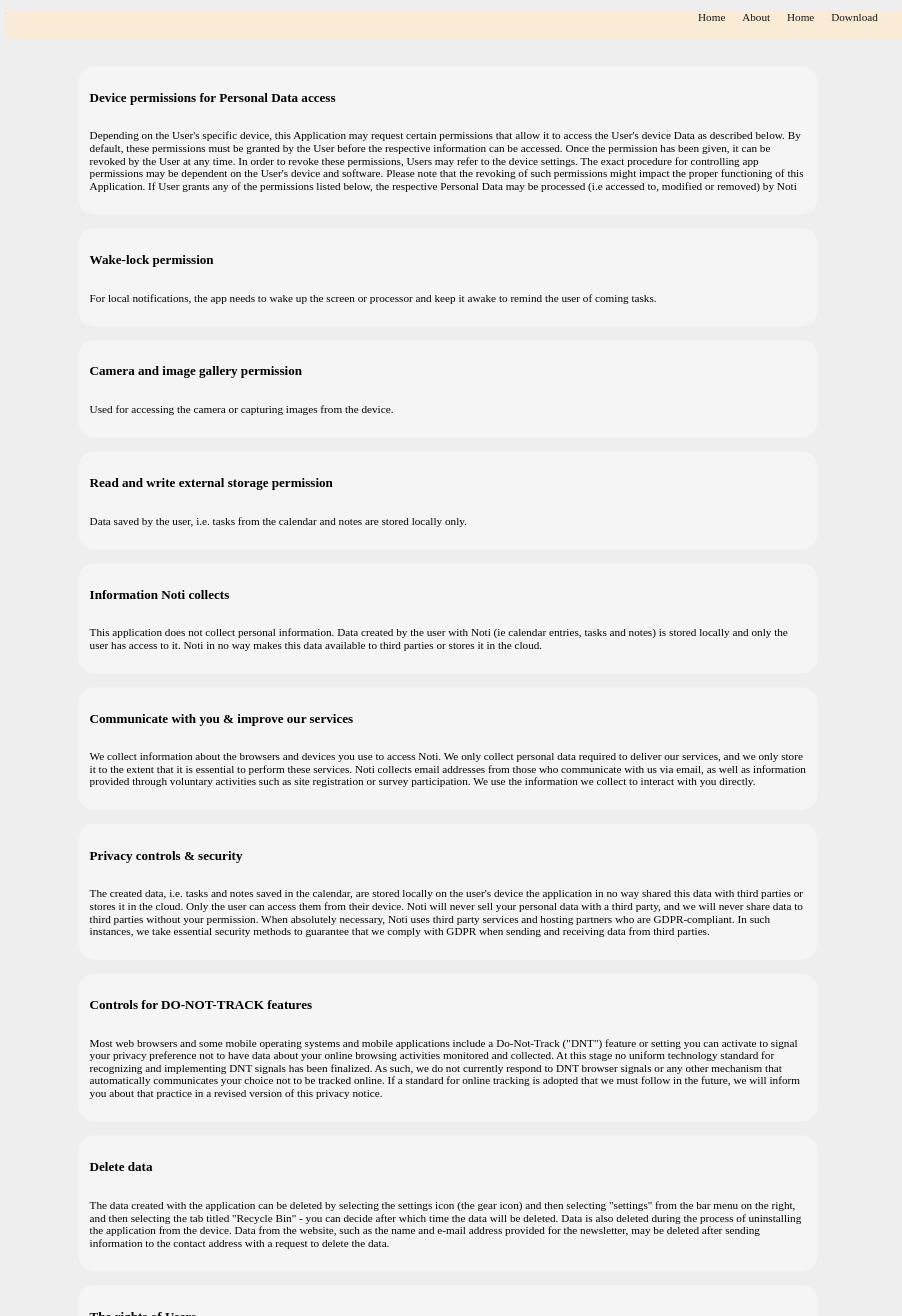
Repository: RafalSiuta/notiweb
Page: policy.html
These files come from the project's save history. The page is drawn as it stood at one moment and after the next save; the edit follows.
The browser window is 1280 px wide. The page is 1288 px wide, so the pictures cover 1288 px, including what lies to the right of the window. The pictures show the part of the page from y = 0 to 1880 px (the page is 2997 px tall), at 70% of full size.

Above is the page before, as saved 2024-12-15 02:02:58.

### policy.html
<!DOCTYPE html>
<!--[if lt IE 7]>      <html class="no-js lt-ie9 lt-ie8 lt-ie7"> <![endif]-->
<!--[if IE 7]>         <html class="no-js lt-ie9 lt-ie8"> <![endif]-->
<!--[if IE 8]>         <html class="no-js lt-ie9"> <![endif]-->
<!--[if gt IE 8]>      <html class="no-js"> <!--<![endif]-->
<html>
    <head>
        <meta charset="utf-8">
        <meta http-equiv="X-UA-Compatible" content="IE=edge">
        <title>Noti privacy policy</title>
        <meta name="Noti mobile app privacy policy" content="">
        <meta name="viewport" content="width=device-width, initial-scale=1">
        <link rel="stylesheet" href="/styles/styles.css">
    </head>
    <body>
        <nav>
            <ul>
                <li><a href="index.html">Home</a></li>
                <li><a href="index.html">About</a></li>
                <li><a href="index.html">Home</a></li>
                <li><a href="index.html">Download</a></li>
            </ul>
        </nav>
        <header>
            <h1>Privacy policy</h1>
        </header>
        <div class="main">
            <div class="item">
                <h3>Device permissions for Personal Data access</h3>
                <p>Depending on the User's specific device, this Application may request certain permissions that allow it to access the
                    User's device Data as described below.
                    By default, these permissions must be granted by the User before the respective information can be accessed. Once
                    the
                    permission has been given, it can be revoked by the User at any time. In order to revoke these permissions, Users
                    may
                    refer to the device settings.
                    The exact procedure for controlling app permissions may be dependent on the User's device and software.
                    Please note that the revoking of such permissions might impact the proper functioning of this Application.
                    If User grants any of the permissions listed below, the respective Personal Data may be processed (i.e accessed to,
                    modified or removed) by Noti</p>
            </div>
            <div class="item">
                <h3>Wake-lock permission</h3>
                <p>For local notifications, the app needs to wake up the screen or processor and keep it awake to remind the user of coming
                tasks.</p>
            </div>
            <div class="item">
                <h3>Camera and image gallery permission</h3>
                <p>Used for accessing the camera or capturing images from the device.</p>
            </div>
            <div class="item">
                <h3>Read and write external storage permission</h3>
                <p>Data saved by the user, i.e. tasks from the calendar and notes are stored locally only.</p>
            </div>
            <div class="item">
                <h3>Information Noti collects</h3>
                <p>This application does not collect personal information. Data created by the user with Noti (ie calendar entries,
                tasks
                and notes) is stored locally and only the user has access to it. Noti in no way makes this data available to third
                parties or stores it in the cloud.</p>
            </div>
            <div class="item">
                <h3>Communicate with you & improve our services</h3>
                <p>We collect information about the browsers and devices you use to access Noti.
                We only collect personal data required to deliver our services, and we only store it to the extent that it is
                essential
                to perform these services.
                Noti collects email addresses from those who communicate with us via email, as well as information provided through
                voluntary activities such as site registration or survey participation. We use the information we collect to
                interact
                with you directly.</p>
            </div>
            <div class="item">
                <h3>Privacy controls & security</h3>
                <p>The created data, i.e. tasks and notes saved in the calendar, are stored locally on the user's device
                the application in no way
                shared this data with third parties or stores it in the cloud. Only the user can access them from their device.
                Noti will never sell your personal data with a third party, and we will never share data to third parties without
                your permission. When absolutely necessary, Noti uses third party services and hosting partners who are
                GDPR-compliant. In such instances, we take essential security methods to guarantee that we comply with GDPR when sending
                and receiving data from third parties.</p>
            </div>
            <div class="item">
                <h3>Controls for DO-NOT-TRACK features</h3>
                <p>Most web browsers and some mobile operating systems and mobile applications include a Do-Not-Track ("DNT") feature or
                setting you can activate to signal your privacy preference not to have data about your online browsing activities
                monitored and collected. At this stage no uniform technology standard for recognizing and implementing DNT signals has
                been finalized. As such, we do not currently respond to DNT browser signals or any other mechanism that automatically
                communicates your choice not to be tracked online. If a standard for online tracking is adopted that we must follow in
                the future, we will inform you about that practice in a revised version of this privacy notice.</p>
            </div>
            <div class="item">
                <h3>Delete data</h3>
                <p>The data created with the application can be deleted by selecting the settings icon (the gear icon) and then selecting
                "settings" from the bar menu on the right, and then selecting the tab titled "Recycle Bin" - you can decide after which
                time the data will be deleted. Data is also deleted during the process of uninstalling the application from the device.
                Data from the website, such as the name and e-mail address provided for the newsletter, may be deleted after sending
                information to the contact address with a request to delete the data.</p>
            </div>
            <div class="item">
                <h3>The rights of Users</h3>
                <p>In brief: In some regions, such as the European Economic Area (EEA) and the United Kingdom (United Kingdom), you have
                rights that give you greater access to and control over your personal information. You can review, change or close your
                account at any time. In some regions (such as the EEA and UK) you have certain rights under applicable data protection
                laws. They may include the right - to request access and obtain a copy of your personal data, to request rectification
                or deletion, to limit the processing of your personal data and, where applicable, to transfer data. In certain
                circumstances, you may also have the right to object to the processing of your personal data. To make such a request,
                please use the contact details provided below. We will consider and take action upon request in accordance with
                applicable data protection laws. If we are relying on your consent to process your personal data, you have the right to
                withdraw your consent at any time. Remember, however, that this will not affect the lawfulness of processing prior to
                its withdrawal or the processing of your personal data based on lawful grounds for processing other than consent. If you
                are an EEA or UK resident and you believe that we are processing your personal data unlawfully, you also have the right
                to lodge a complaint with your local data protection supervisory authority <br>
                Their contact details can be found here:
                <a href="https://ec.europa.eu/newsroom/article29/items/612080">National Data Protection Authorities</a><br>
                If you are a resident in Switzerland, the contact details for the data protection authorities are available here: <a
                    href="https://www.edoeb.admin.ch/edoeb/en/home.html.">Ein Fehler ist aufgetreten</p>
            </div>
            <div class="item">
                <h3>Do California residents have specific privacy rights?</h3>
                <p>In brief: Yes, if you live in California you have certain rights to access your personal information. Section 1798.83 of
                the California Civil Code, also known as the "Shine The Light" Act, allows our California users to request and obtain
                from us once a year and free of charge information on the categories of personal information (if any) disclosed to third
                parties for direct marketing purposes as well as the names and addresses of all third parties with whom we shared
                personal data in the immediately preceding calendar year. If you are a California resident and wish to make such a
                request, please send us your request to the email address provided below. If you are under the age of 18, live in
                California and have a registered account, you have the right to request the deletion of unwanted data. To request
                deletion of such data, please contact us using the contact details provided below, providing the email address
                associated with your account and a statement that you live in California. We will make sure that the data is not
                publicly displayed in the Application, however, it should be remembered that this data may not be completely or
                comprehensively removed from all our systems (e.g. backups, etc.).</p>
            </div>
            <div class="item">
                <h3>Cookies</h3>
                <p>Cookies are required on Noti Website. We use them to collect visitors' preferences and thus to better optimize the
                user experience. Users can disable cookies in their browser settings. But please note that our services rely on cookies
                to function properly, and you may not be able to access certain features on our Website after disabling them.</p>
            </div>
            <div class="item">
                <h3>Changes to This Policy</h3>
                <p>If our Privacy Policy is changed in the future, we will not limit your rights under this Privacy Policy without your
                express consent. We always indicate the publication date of the latest changes. If the changes are significant, we will
                send you a more prominent notice (including, for certain services, an email notification of changes to the Privacy
                Policy).
                Please check back periodically to stay informed of any updates or changes to this Privacy Policy. By continuing to
                access and use Noti, you agree to be bound by the revised policy.
                </p>
            </div>
            <div class="item">
                <h3>Contact Us</h3>
                <p>If you have any questions about this Policy, please email us at <b>r85unit@gmail.com</b> with topic: "Privacy Questions”
                in the title line.
                </p>
            </div>
        </div>


        <script src="" async defer></script>
    </body>
</html>

### styles/styles.css
@font-face {
    font-family: "Exo-medium";
    src:url("fonts/Exo2-Medium.ttf") format("ttf");
    font-family: "Exo-black";
    src: url("fonts/Exo2-Black.ttf") format("ttf");

}
body {
    background-color: #EEEEEE;

}

nav ul{
    width: 95vw;
    height: 40px;
    top: 0;
    padding-right:50px;
    background-color: antiquewhite;
    position: fixed;
    text-align: right;
}

li{
    display: inline;
    margin: 10px;
}
a {
    color: #161616;
    font-size: 1em;
    text-decoration: none;
    font-family: "Exo-medium";
    z-index: 2;
}
.main{
    display: flex;
    flex-direction: column;
    align-items: center;

}

h1{
    font-family: "Exo-black";
    font-size: 1.2em;
    color: #161616;
}

section{
    width: 100vw;
    height: 100vh;
    display: flex;
    justify-content: center;
    align-items: center;
}
footer{
    bottom: 0;
    height: 50px;
    width: 100vw;
    background-color: aqua;
    position: fixed;
    text-align: center;
}
.policy-link{
    font-family: "Exo-medium";
    font-size: 1em;
    color: #161616;
    padding: 5px;
}
.item {
    display: flex;
    flex-direction: column;
    width: 80vw;
    text-align: left;
    margin: 10px auto;
    background-color: #f5f5f5;
    padding: 15px;
    border-radius: 20px;
}
header{
    width: 100vw;
    height: 10vh;
    text-align: left;

}

After the next save:
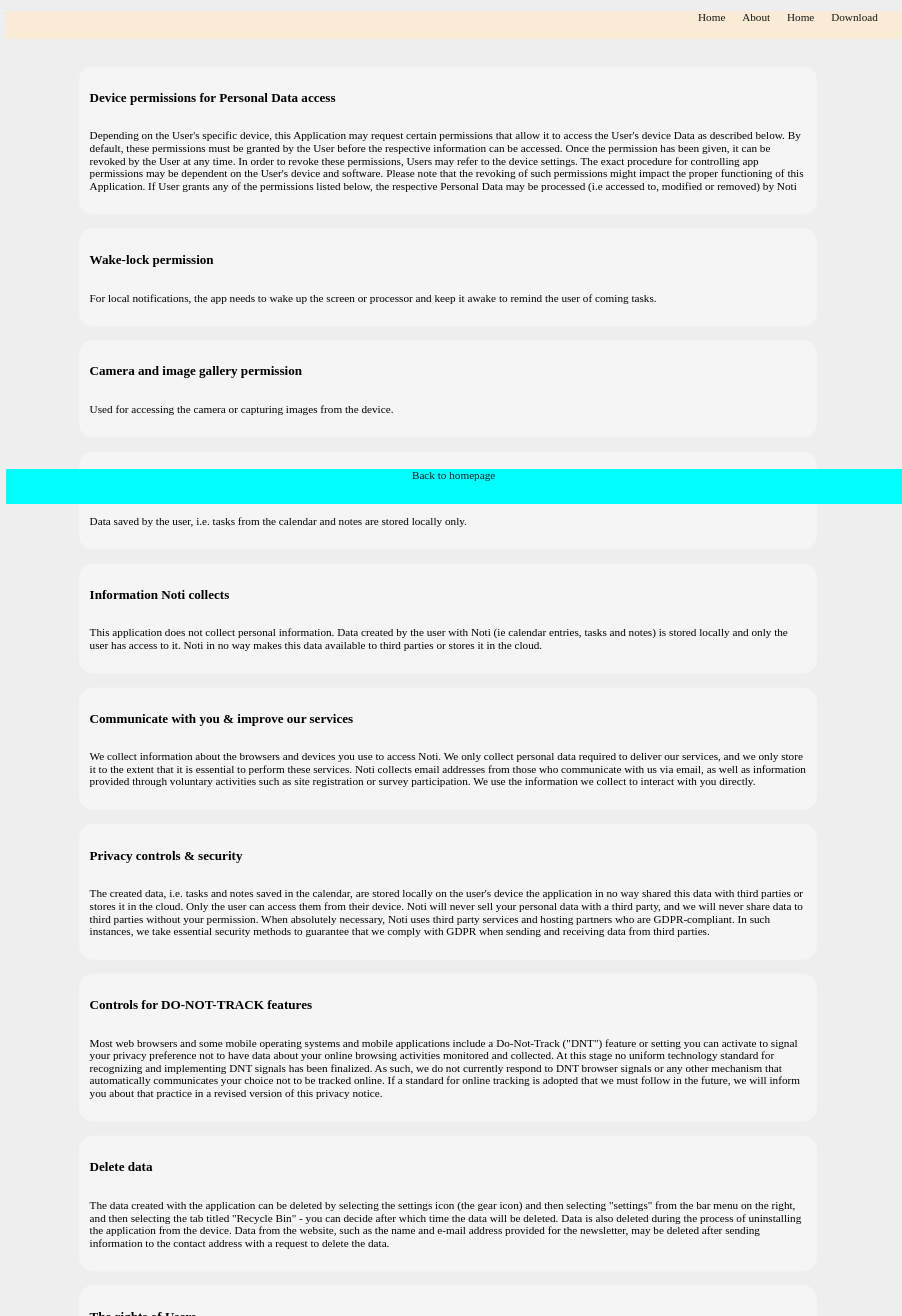
Saved 111 s later.
--- a/policy.html
+++ b/policy.html
@@ -154,7 +154,9 @@
             </div>
         </div>
 
-
+        <footer>
+            <a class="policy-link" href="index.html">Back to homepage</a>
+        </footer>
         <script src="" async defer></script>
     </body>
 </html>
